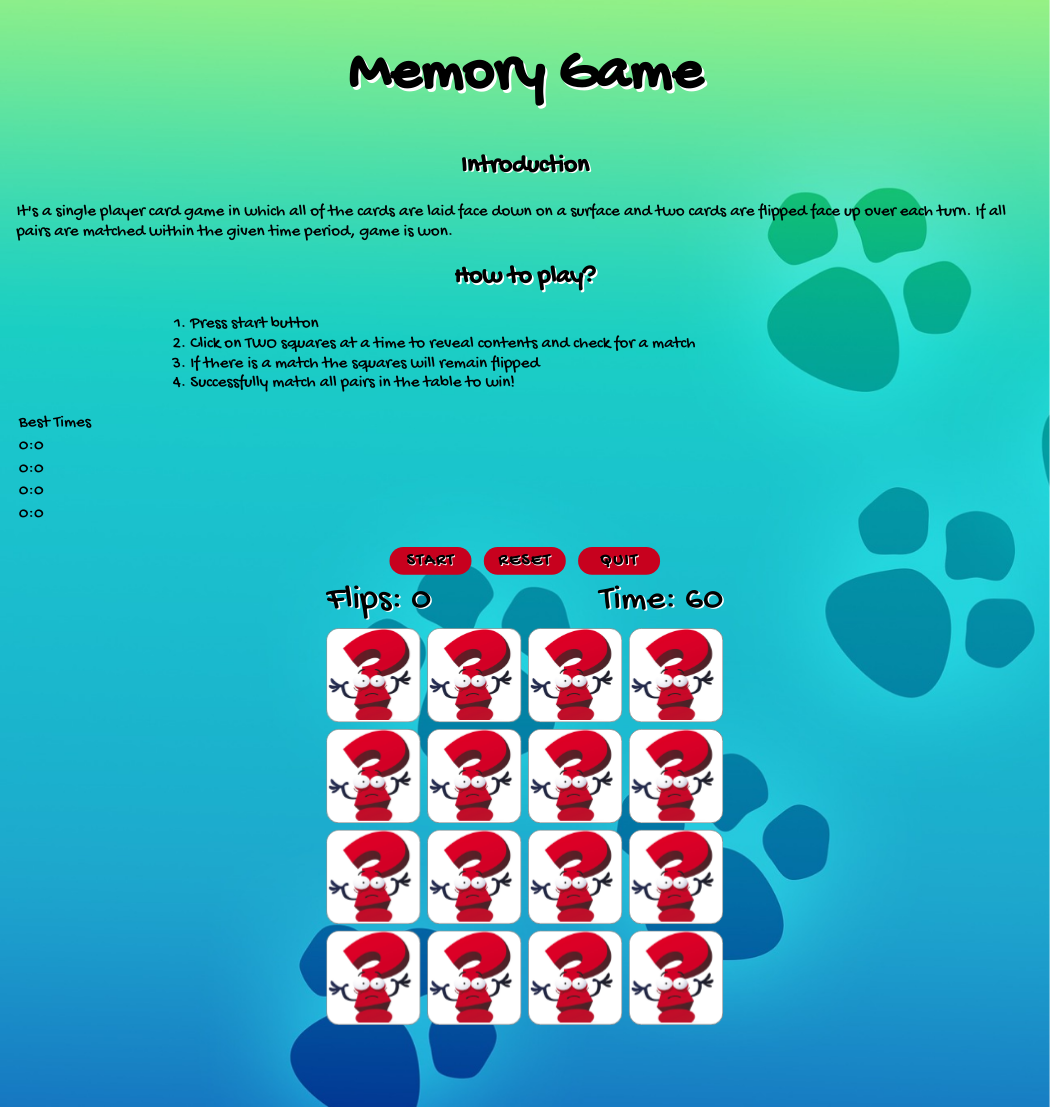
Repository: lauramika/Memory-Game
Page: index.html
The author's editor kept a record of every edit. The page is drawn from the files as they stood at one moment, then again after the next edit.
The browser window is 1280 px wide. The pictures show the whole page, at 82% of full size.

Above is the page before.

### index.html
<!DOCTYPE html>
<html lang = 'en'>
    <head>
        <meta name="viewport" content="width=device-width, initial-scale=1.0">
        <link rel="stylesheet" href="style.css" type="text/css" />
        <title>Memory Game</title>
    </head>
    <body>
        <h1 class="title-game">Memory Game</h1>
        <!--Intro-->
        <h2>Introduction</h2>
            <p>It's a single player card game in which all of the cards are
            laid face down on a surface and two cards are flipped face up over
            each turn. If all pairs are matched within the given time
            period, game is won.</p>
            <!--explanation how to play the game-->
         <div class="how-to-play">
            <h2>How to play?</h2>
              <ol>
                <li>Press start button</li>
                <li>Click on TWO squares at a time to reveal contents and check for a match</li>
                <li>If there is a match the squares will remain flipped </li>
                <li>Successfully match all pairs in the table to win!</li>
              </ol>
          </div>
          <!--best results board-->
          <div class="times">
            <table>
              <tr>
                <td class= "title">Best Times</td>
              </tr>
              <tr>
                <td class = "slot">0:0</td>
              </tr>
              <tr>
                <td class = "slot">0:0</td>
              </tr>
              <tr>
                <td class = "slot">0:0</td>
              </tr>
              <tr>
                <td class = "slot">0:0</td>
              </tr>
            </table>
          </div>
          <!--start, reset and quit buttons-->
        <div class="buttons">
            <button class="start" onclick="shuffle()">Start</button>
            <button class="reset">Reset</button>
            <button class="quit">Quit</button>
        </div>
        <!--Main container that holds all the cards-->
        <div class="main-container">
            <div class= "rules-container">
                <div class="level-container">
                    Flips: <span id="flips">0</span>
                </div>
                <div class="time-container">
                    Time: <span id="time-left">60</span>
                </div>
            </div>
            <!--Cards-->
            <div class="cards">
                <div class="front-face">
                    <img src="images/camera.png"></img>
                </div>
                 <div class="back-face">
                   <img src="images/question.jpg"></img>
                </div>
            </div>

            <div class="cards">
                <div class="front-face">
                    <img src="images/camera.png"></img>
                </div>
                 <div class="back-face">
                   <img src="images/question.jpg"></img>
                </div>
            </div>

            <div class="cards">
                <div class="front-face">
                    <img src="images/bomb.png"></img>
                </div>
                 <div class="back-face">
                   <img src="images/question.jpg"></img>
                </div>
            </div>

            <div class="cards">
                <div class="front-face">
                    <img src="images/bomb.png"></img>
                </div>
                 <div class="back-face">
                   <img src="images/question.jpg"></img>
                </div>
            </div>

            <div class="cards">
                <div class="front-face">
                    <img src="images/garfield.jpg"></img>
                </div>
                 <div class="back-face">
                   <img src="images/question.jpg"></img>
                </div>
            </div>

            <div class="cards">
                <div class="front-face">
                    <img src="images/garfield.jpg"></img>
                </div>
                 <div class="back-face">
                   <img src="images/question.jpg"></img>
                </div>
            </div>

            <div class="cards">
                <div class="front-face">
                    <img src="images/ladybug.jpg"></img>
                </div>
                 <div class="back-face">
                   <img src="images/question.jpg"></img>
                </div>
            </div>

            <div class="cards">
                <div class="front-face">
                    <img src="images/ladybug.jpg"></img>
                </div>
                 <div class="back-face">
                   <img src="images/question.jpg"></img>
                </div>
            </div>

            <div class="cards">
                <div class="front-face">
                    <img src="images/puppy.jpg"></img>
                </div>
                 <div class="back-face">
                   <img src="images/question.jpg"></img>
                </div>
            </div>

            <div class="cards">
                <div class="front-face">
                    <img src="images/puppy.jpg"></img>
                </div>
                 <div class="back-face">
                   <img src="images/question.jpg"></img>
                </div>
            </div>

            <div class="cards">
                <div class="front-face">
                    <img src="images/star.jpg"></img>
                </div>
                 <div class="back-face">
                   <img src="images/question.jpg"></img>
                </div>
            </div>

            <div class="cards">
                <div class="front-face">
                    <img src="images/star.jpg"></img>
                </div>
                 <div class="back-face">
                   <img src="images/question.jpg"></img>
                </div>
            </div>

            <div class="cards">
                <div class="front-face">
                    <img src="images/frog.jpg"></img>
                </div>
                 <div class="back-face">
                   <img src="images/question.jpg"></img>
                </div>
            </div>

            <div class="cards">
                <div class="front-face">
                    <img src="images/frog.jpg"></img>
                </div>
                 <div class="back-face">
                   <img src="images/question.jpg"></img>
                </div>
            </div>
            <div class="cards">

                <div class="front-face">
                    <img src="images/bananas.jpg"></img>
                </div>
                 <div class="back-face">
                   <img src="images/question.jpg"></img>
                </div>
            </div>

            <div class="cards">
                <div class="front-face">
                    <img src="images/bananas.jpg"></img>
                </div>
                 <div class="back-face">
                   <img src="images/question.jpg"></img>
                </div>
            </div>

        </div>
        <script type="text/javascript" src="script.js"></script>
    </body>
</html>

### style.css
/*import google font*/
@import url('https://fonts.googleapis.com/css?family=Gochi+Hand&display=swap');
* {
    box-sizing: border-box;
}
html {
    min-height: 100vh;
}
body {
    margin: 0;
     background-image: url("images/paw-print-941498_1920.jpg");
    font-family: 'Gochi Hand', cursive;
    color: black;
    font-size: 1.3em;

}
h1 {
    text-shadow: 3px 3px white;
}
h2 {
    text-align: center;
    text-shadow: 2px 2px white;
}
p, .times {
    margin: 20px;
}
#intro, .how-to-play{
    margin: auto;
    width: 70%;
}
.title-game {
    color:black;
    text-align: center;
    font-size: 3.5em;
}

.rules-container {
    grid-column: 1 / -1;
    display: flex;
    justify-content: space-between;
}
/*container that holds all the cards*/
.main-container {
    display: grid;
    grid-template-columns: repeat(4, auto);
    grid-gap: 8px;
    justify-content: center;
    margin-bottom: 100px;
    color: black;
    text-shadow: 2px 2px white;
    font-size: 2.1em;

}
/*card styles*/
.cards {
    background-color: white;
    height: 115px;
    width: 115px;
    border-radius: 15px;
    transition: transform .2s;
    border: 1px solid gray;
    position: relative;
    transform-style: preserve-3d;

}
/**************flipping of cards************/
.front-face {
    backface-visibility: hidden;
     transform: rotateY(180deg);
}
.back-face {
    backface-visibility: hidden;
}
.cards:hover {
    transform: scale(1.05);
    transform: rotateY(180deg);
    transition: ease .6s;
}
/*image sizes in desktop view*/
img {
    height: 111px;
    width: 111px;
    border-radius: 15px;
}
/*positioning of images absolute to their parent div*/
.front-face, .back-face {
    position: absolute;
}
.buttons {
    text-align: center;
}
/*start, reset and quit button styles*/
button {
    font-family: 'Gochi Hand', cursive;
    width: 100px;
    font-size: 1em;
    letter-spacing: 2px;
    color: black;
    font-weight: bold;
    text-transform: uppercase;
    background: rgb(199,1,30);
    text-shadow: 1px 1px white;
    padding: 5px 10px;
    border-radius: 30px;
    border: none;
    margin: 5px;
}
button:hover {
   transform: scale(1.1);
   box-shadow: 3px 3px white;
   opacity: 0.9;
}
/****************************TABLET************************/
@media screen and (max-width: 800px) {
  .cards{
      height: 95px;
      width: 95px;
  }
  img {
      height: 91px;
      width: 91px;
  }
  .main-container {
      grid-gap: 4px;
  }
  .title-game {
      font-size: 2.5em;
  }
  .main-container {
      font-size: 1.6em;
  }
  #intro, .how-to-play {
    width: 90%;
  }
 /************************PHONE***************************/
@media screen and (max-width: 480px) {
  .cards{
      height: 70px;
      width: 70px;
  }
  img {
      height: 66px;
      width: 66px;
  }
  .main-container {
      grid-gap: 1px;
  }
  .title-game {
      font-size: 2em;
  }
  .main-container {
      font-size: 1.2em;
  }
  button {
    width: 80px;
    font-size: 1em;
    }
  #intro, .how-to-play {
     width: 95%;
    }

### script.js
//to shuffle cards when new game starts
function shuffle() {

  var tiles = Array.from(document.getElementsByClassName("cards"));
  var current = tiles.length;
  var index, temp;

  while (current > 0) {
    index = Math.floor(Math.random() * current);
    current--;

    temp = tiles[current];
    tiles[current] = tiles[index];
    tiles[index] = temp;
  }
   document.getElementsByClassName("cards") = tiles.innerHTML;


}

After the next edit:
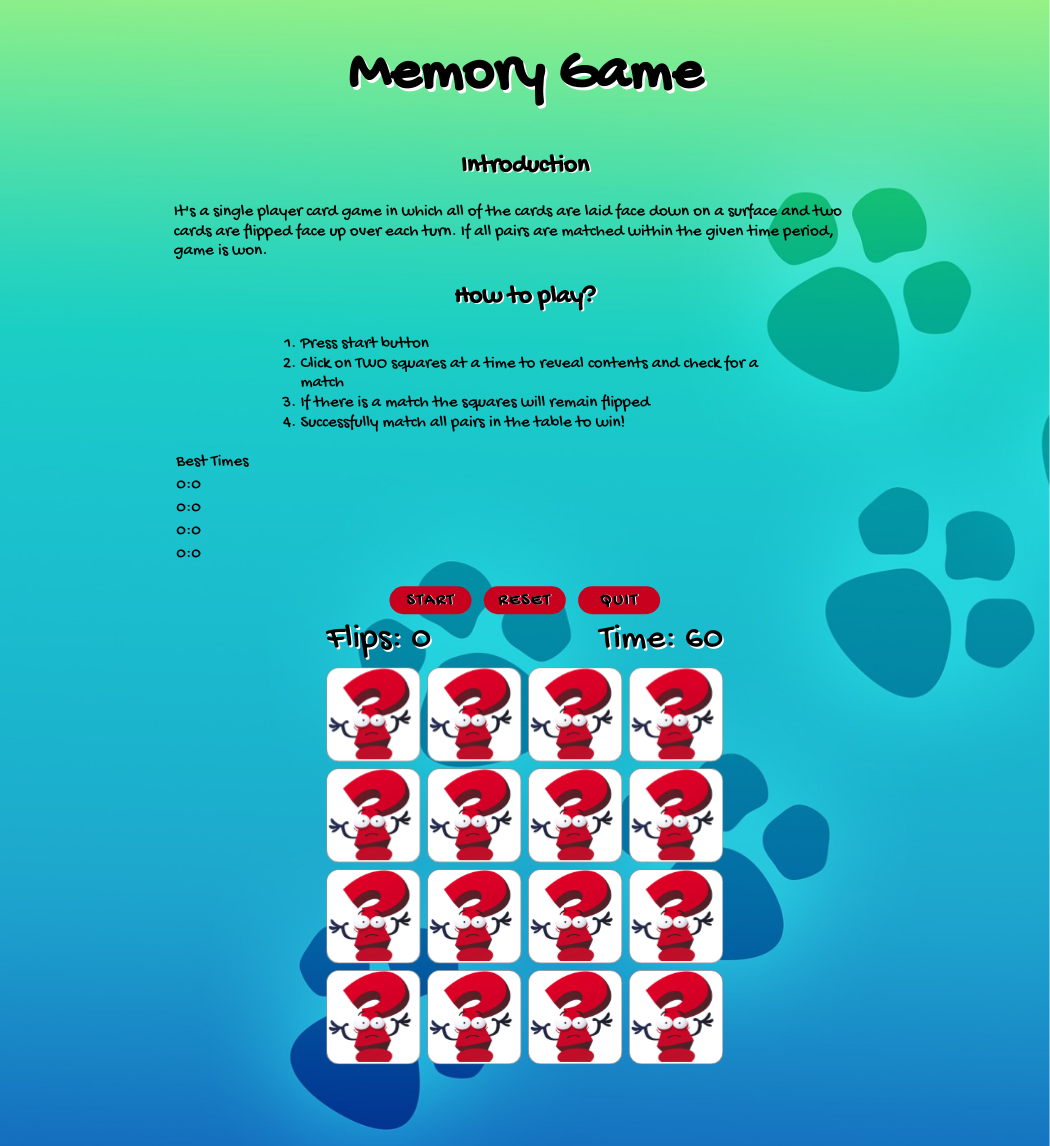
The edit:
--- a/index.html
+++ b/index.html
@@ -8,6 +8,7 @@
     <body>
         <h1 class="title-game">Memory Game</h1>
         <!--Intro-->
+        <div id="intro">
         <h2>Introduction</h2>
             <p>It's a single player card game in which all of the cards are
             laid face down on a surface and two cards are flipped face up over
